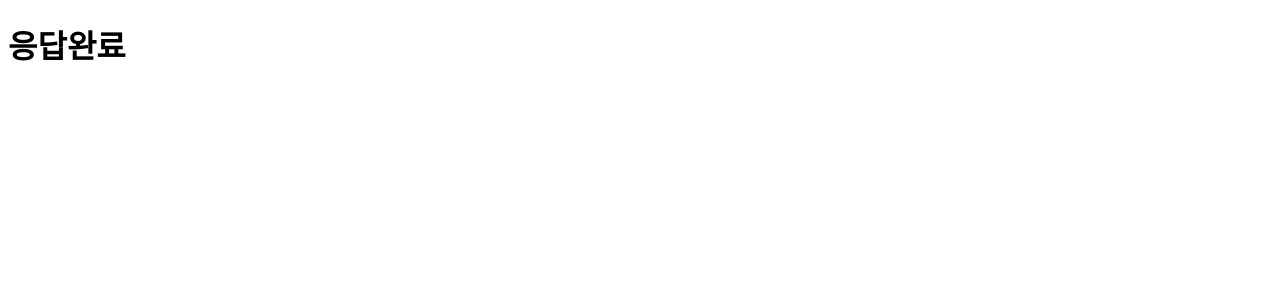
Repository: Seong-Jun1525/kh-server
Page: http://localhost/1_servlet/views/responsePage.jsp
These files come from the project's save history. The page is drawn as it stood at one moment and after the next save; the edit follows.
The browser window is 1280 px wide. The pictures show the whole page.
The page is served by Tomcat 9. Other server files are loaded and not shown.

Above is the page before, as saved 2025-03-19 05:43:08.

### 1_servlet/src/main/webapp/views/responsePage.jsp
<%@ page language="java" contentType="text/html; charset=UTF-8"
    pageEncoding="UTF-8"%>
<!DOCTYPE html>
<html>
<head>
<meta charset="UTF-8">
<title>응답용 페이지</title>
</head>
<body>
	<h1>응답완료</h1>
</body>
</html>

After the next save:
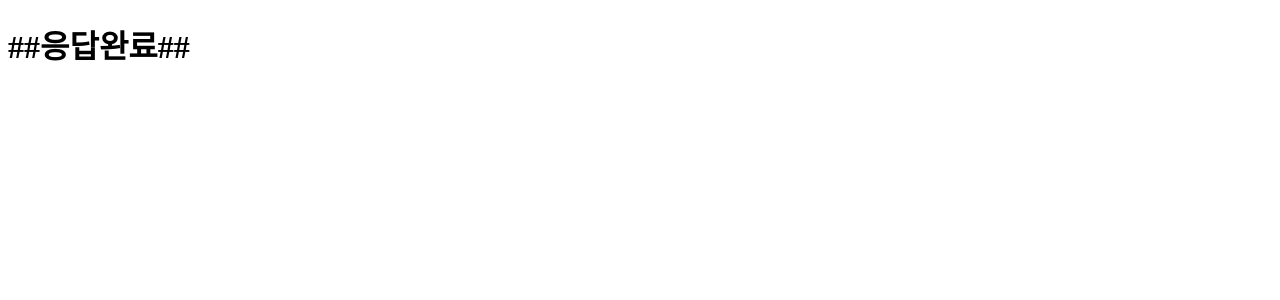
Saved 3 s later.
--- a/1_servlet/src/main/webapp/views/responsePage.jsp
+++ b/1_servlet/src/main/webapp/views/responsePage.jsp
@@ -7,6 +7,6 @@
 <title>응답용 페이지</title>
 </head>
 <body>
-	<h1>응답완료</h1>
+	<h1>##응답완료##</h1>
 </body>
 </html>
